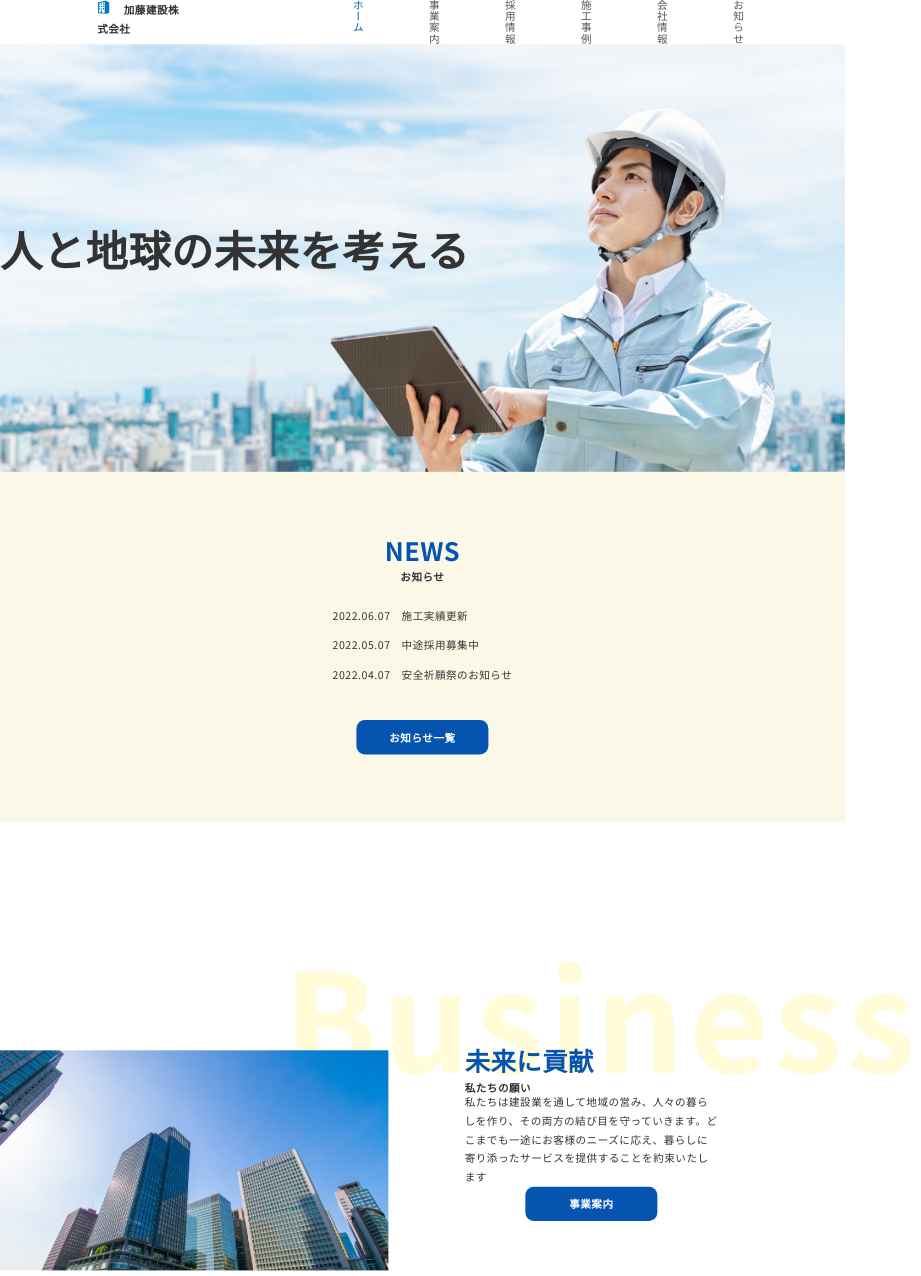
Repository: nozomi-23/hp1_test
Page: index.html
An editor plug-in stored every save of this project. The page is shown before and after a run of saves, followed by the edit.
The browser window is 1280 px wide. The page is 1395 px wide, so the pictures cover 1395 px, including what lies to the right of the window. The pictures show the whole page, at 66% of full size.

Above is the page before, as saved 2022-06-12 15:03:55.

After the next 3 saves:
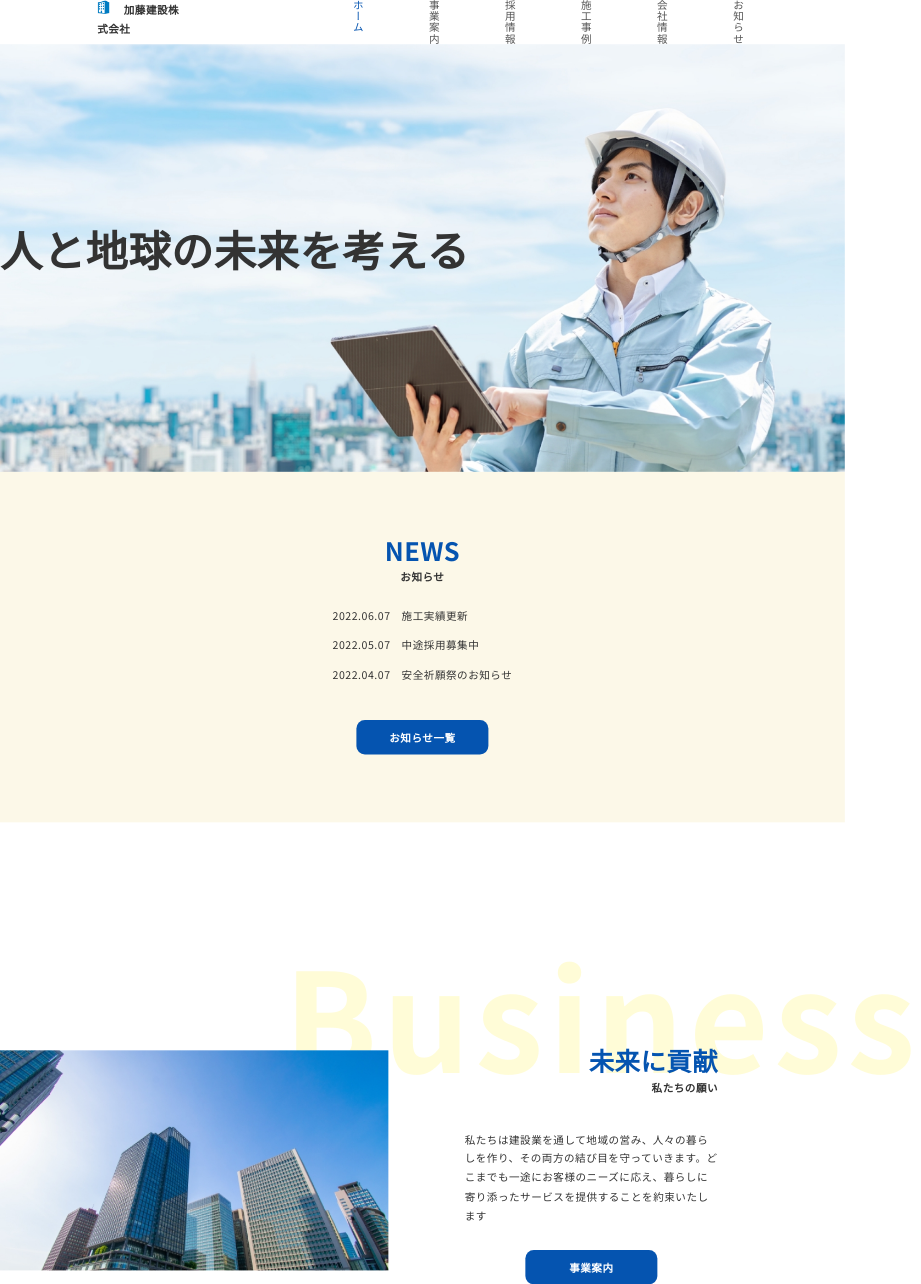
The 3 saves are shown as one change because they came seconds apart.
The last was saved 7 s later.
--- a/css/index.css
+++ b/css/index.css
@@ -103,7 +103,9 @@ business
   width: 30%;
   margin-right: 15%;;
 }
-.business_block_2
+.business_block_2 h2 {
+  text-align: right;
+}
 .business_block_2 p {
   padding: 15% 0 10% 0;
 }
